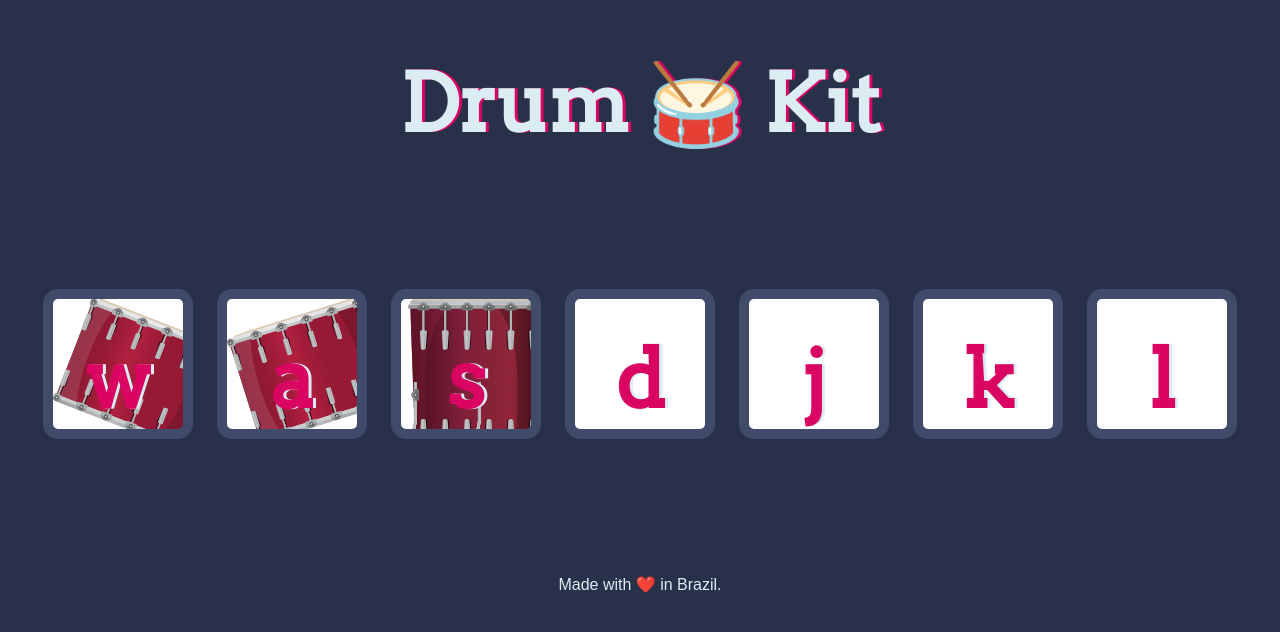
Repository: Mardoqueu/drum-kit
Page: index.html
An editor plug-in stored every save of this project. The page is shown before and after a run of saves, followed by the edit.
The browser window is 1280 px wide. The pictures show the whole page.

Above is the page before, as saved 2022-10-15 09:56:27.

### index.html
<!DOCTYPE html>
<html lang="en" dir="ltr">

<head>
  <meta charset="utf-8">
  <title>Drum Kit</title>
  <link rel="stylesheet" href="styles.css">
  <link href="https://fonts.googleapis.com/css?family=Arvo" rel="stylesheet">
</head>

<body>

  <h1 id="title">Drum 🥁 Kit</h1>
  <div class="set">
    <button class="w drum">w</button>
    <button class="a drum">a</button>
    <button class="s drum">s</button>
    <button class="d drum">d</button>
    <button class="j drum">j</button>
    <button class="k drum">k</button>
    <button class="l drum">l</button>
  </div>

  <script src="index.js"></script>

  <footer>
    Made with ❤️ in Brazil.
  </footer>
</body>

</html>

### styles.css
body {
  text-align: center;
  background-color: #283149;
}

h1 {
  font-size: 5rem;
  color: #DBEDF3;
  font-family: "Arvo", cursive;
  text-shadow: 3px 0 #DA0463;

}

footer {
  color: #DBEDF3;
  font-family: sans-serif;
}

.w {
  background-image: url("images/tom1.png");
}

.a {
  background-image: url("images/tom2.png");
}

.s {
  background-image: url("images/tom3.png");
}

.d {

}

.j {

}

.k {

}

.l {

}

.set {
  margin: 10% auto;
}

.game-over {
  background-color: red;
  opacity: 0.8;
}

.pressed {
  box-shadow: 0 3px 4px 0 #DBEDF3;
  opacity: 0.5;
}

.red {
  color: red;
}

.drum {
  outline: none;
  border: 10px solid #404B69;
  font-size: 5rem;
  font-family: 'Arvo', cursive;
  line-height: 2;
  font-weight: 900;
  color: #DA0463;
  text-shadow: 3px 0 #DBEDF3;
  border-radius: 15px;
  display: inline-block;
  width: 150px;
  height: 150px;
  text-align: center;
  margin: 10px;
  background-color: white;
}

### index.js

var numberOfDrumButtons =  document.querySelectorAll(".drum").length;
var audio = new Audio('sounds/tom-1.mp3');


for(var i = 0; i < numberOfDrumButtons; i++){

    document.querySelectorAll("button")[i].addEventListener("click", function(){
        audio.play();

    });
}

After the next 2 saves:
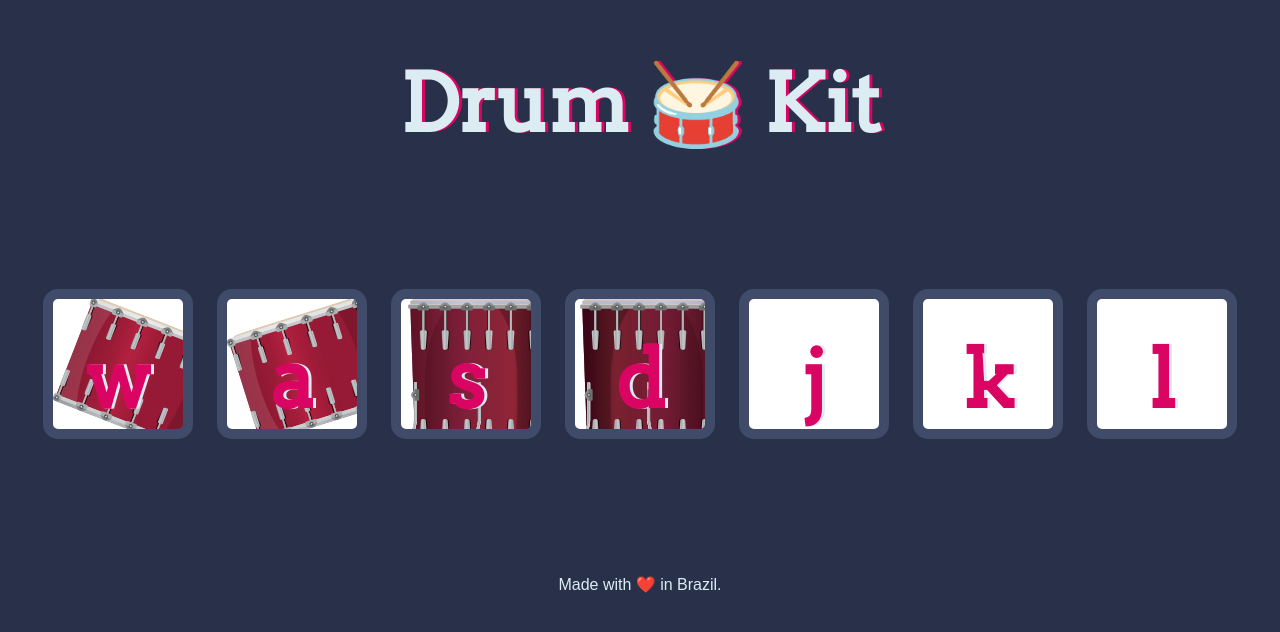
The 2 saves are shown as one change because they came seconds apart.
The last was saved 9 s later.
--- a/styles.css
+++ b/styles.css
@@ -29,6 +29,7 @@
 }
 
 .d {
+  background-image: url("images/tom4.png");
 
 }
 
